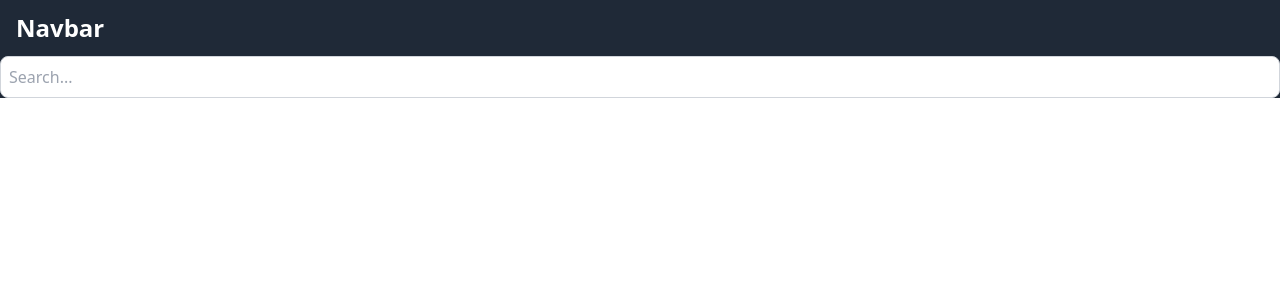
Repository: cynthiamoraa/flowithme
Page: / (app in frontend/)
An editor plug-in stored every save of this project. The page is shown before and after the next save, followed by the edit.
The browser window is 1280 px wide. The pictures show the whole page.
The project was rebuilt for these pictures with package versions that can differ from the ones it lists, and the page was loaded fresh each time. Also part of the build but not shown: frontend/vite.config.js.

Above is the page before, as saved 2024-11-19 16:48:53.

After the next save:
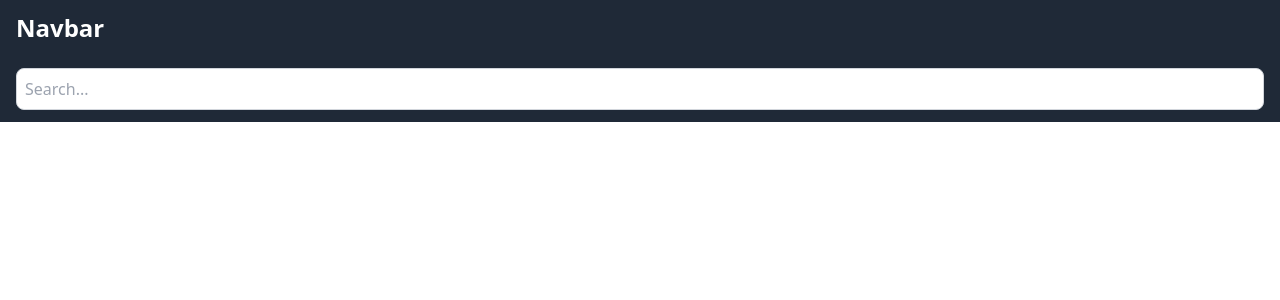
Saved 77 s later.
--- a/frontend/src/components/Navbar.jsx
+++ b/frontend/src/components/Navbar.jsx
@@ -8,7 +8,7 @@
         <h1 className="text-2xl font-bold">Navbar</h1>
       </div>
 
-      <div>
+      <div className="flex justify-between items-center px-4 py-3">
         <input
           type="text"
           placeholder="Search..."

After the save that followed:
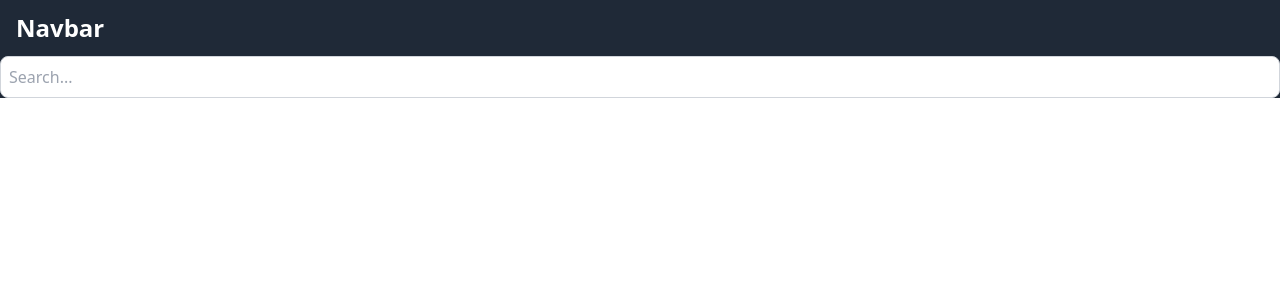
Saved 24 s later.
--- a/frontend/src/components/Navbar.jsx
+++ b/frontend/src/components/Navbar.jsx
@@ -8,7 +8,7 @@
         <h1 className="text-2xl font-bold">Navbar</h1>
       </div>
 
-      <div className="flex justify-between items-center px-4 py-3">
+      <div className="flex justify-between items-center ">
         <input
           type="text"
           placeholder="Search..."
